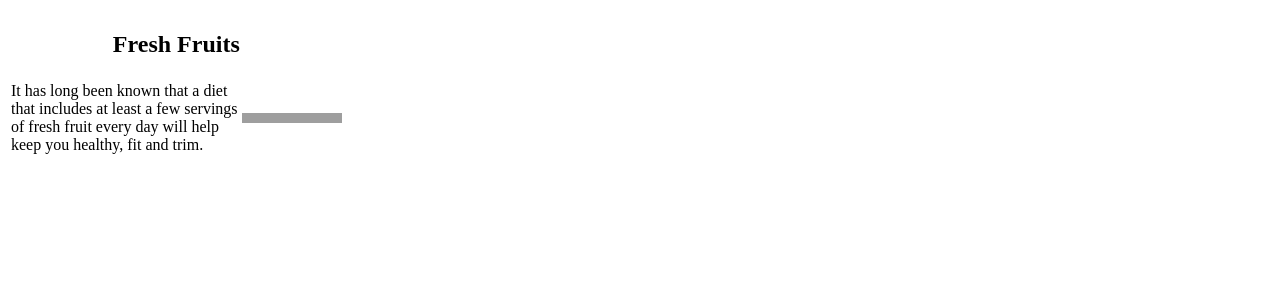
Repository: Helianthusss/Learn-CPP
Page: HTML/lap2/bai1.html
These files come from the project's save history. The page is drawn as it stood at one moment and after the next save; the edit follows.
The browser window is 1280 px wide. The pictures show the whole page.
Pictures or frames that could not be fetched are drawn as grey boxes.

Above is the page before, as saved 2021-09-22 10:31:12.

After the next save:
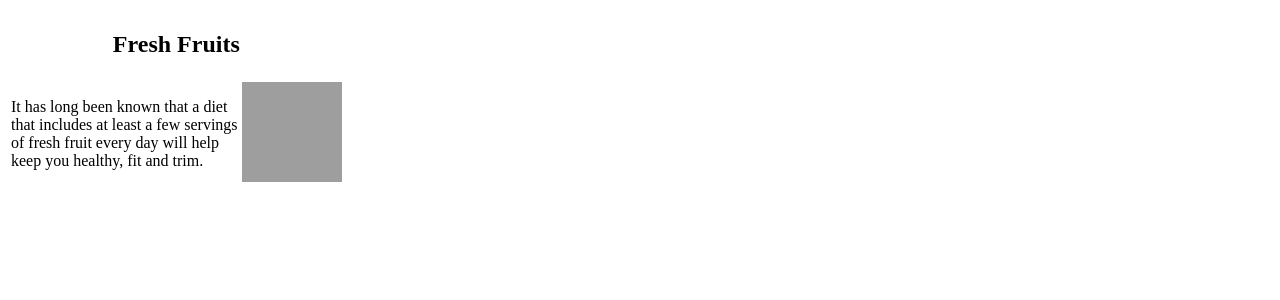
Saved 4 s later.
--- a/HTML/lap2/bai1.html
+++ b/HTML/lap2/bai1.html
@@ -24,7 +24,7 @@
             src="https://img.lovepik.com/element/40111/3411.png_860.png"
             alt="Fruits"
             width="100"
-            height="10"
+            height="100"
           />
         </td>
       </tr>
